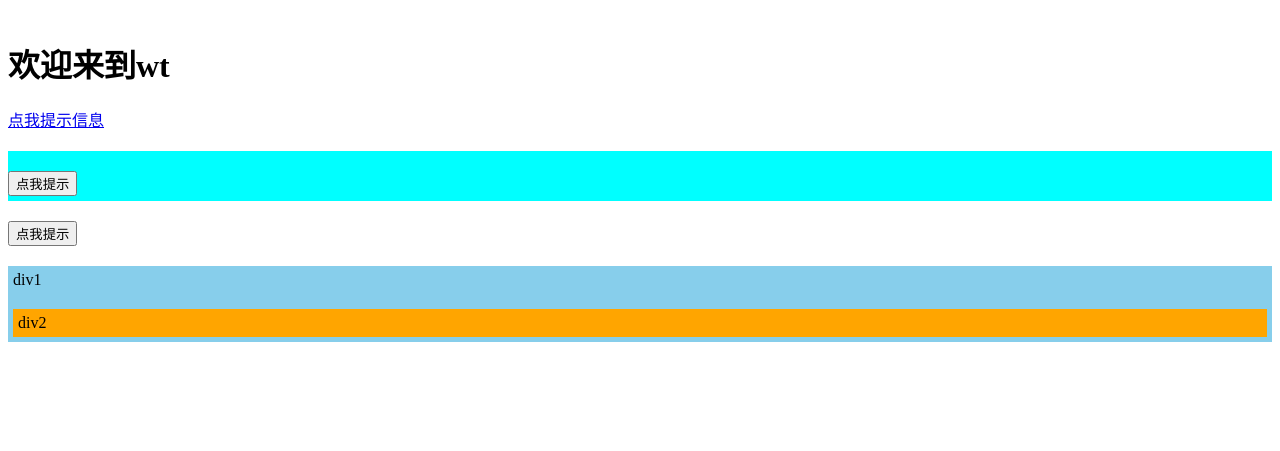
Repository: reggiepy/vueLeaning
Page: 07 事件处理/2 事件修饰符.html
These files come from the project's save history. The page is drawn as it stood at one moment and after the next save; the edit follows.
The browser window is 1280 px wide. The pictures show the whole page.

Above is the page before, as saved 2021-12-05 18:40:05.

### 07 事件处理/2 事件修饰符.html
<!DOCTYPE html>
<html lang="en">
<head>
    <meta charset="UTF-8">
    <meta http-equiv="X-UA-Compatible" content="IE=edge">
    <meta name="viewport" content="width=device-width, initial-scale=1.0">
    <title>事件修饰符</title>
    <script type="text/javascript" src="../js/vue.js"></script>
    <style>
        *{
            margin-top: 20px;
        }
        .demon1{
            height: 50px;
            background-color: aqua;
        }
        .box1 {
            padding: 5px;
            background-color: skyblue;
        }
        .box2{
            padding: 5px;
            background-color: orange;
        }
    </style>
</head>
<body>
    <div id="root">
        <h1>欢迎来到{{name}}</h1>
        <!-- 组织默认事件 -->
        <a href="https://www.baidu.com" @click.prevent="showInfo">点我提示信息</a>

        <!-- 组织事件冒泡 （常用）-->
        <div class="demon1" @click="showInfo">
            <button @click.stop="showInfo">点我提示</button>
        </div>

        <!-- 事件只触发一次 （常用） -->
        <button @click.once="showInfo">点我提示</button>

        <!-- 使用事件的捕获模式 （常用）-->
        <div class="box1" @click.capture="showMsg(1)">
            div1
            <div class="box2" @click="showMsg(2)">div2</div>
        </div>


    </div>
</body>
<script>
    Vue.config.productionTip = false;
    const vm = new Vue({
        el: "#root",
        data: {
            name: "wt"
       },
       methods: {
           showInfo(e){
            //    e.preventDefault()
            // e.stopPropagation()
               alert("同学你好！")
           },
           showMsg(msg){
               console.log(msg)
           }
       }
    })
</script>
</html>

Loaded but not shown: js/vue.js (library)

After the next save:
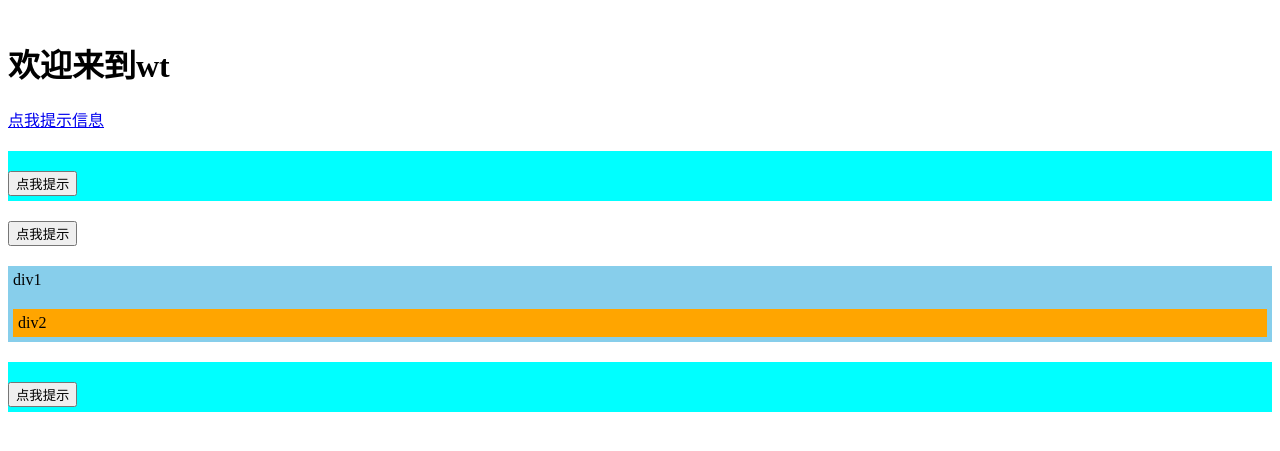
Saved 33 s later.
--- a/07 事件处理/2 事件修饰符.html
+++ b/07 事件处理/2 事件修饰符.html
@@ -44,7 +44,10 @@
             <div class="box2" @click="showMsg(2)">div2</div>
         </div>
 
-
+        <!-- 只用event.target 是当前操作元素时候才触发的事件 -->
+        <div class="demon1" @click="showInfo">
+            <button @click.stop="showInfo">点我提示</button>
+        </div>
     </div>
 </body>
 <script>
